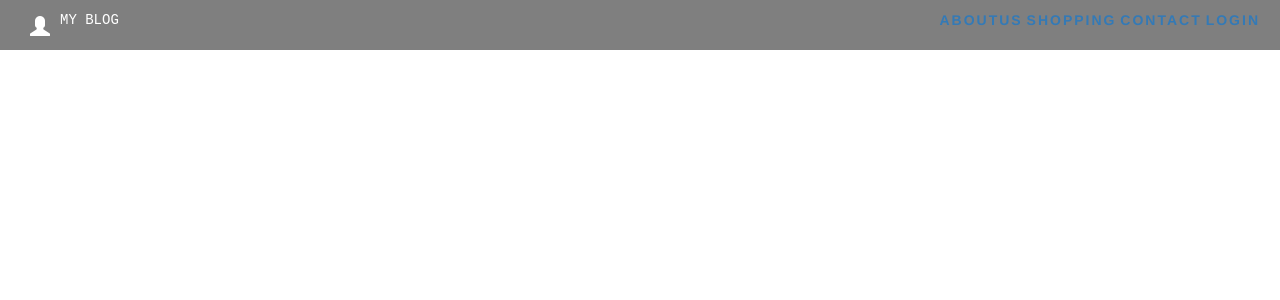
Repository: alikahwaji/HTML-CSS
Page: index.html
These files come from the project's save history. The page is drawn as it stood at one moment and after the next save; the edit follows.
The browser window is 1280 px wide. The pictures show the whole page.

Above is the page before, as saved 2019-10-07 13:46:04.

### index.html
<!DOCTYPE html>
  <head>
    <meta charset="utf-8">
    <meta http-equiv="X-UA-Compatible" content="IE=edge">
    <title></title>
    <meta name="description" content="">
    <meta name="viewport" content="width=device-width, initial-scale=1">
    <link rel="stylesheet" href="https://maxcdn.bootstrapcdn.com/bootstrap/3.3.7/css/bootstrap.min.css">
    <link rel="stylesheet" href="./style.css">
  </head>
  <body>
    <header>
      <div>
        <i class="glyphicon glyphicon-user"></i>
        <p>MY BLOG</p>
      </div>
      <nav>
        <ul>
          <li><a href="#">Aboutus</a></li>
          <li><a href="#">Shopping</a></li>
          <li><a href="#">Contact</a></li>
          <li><a href="#">Login</a></li>
        </ul>
      </nav>
    </header>
    <script src="" async defer></script>
  </body>
</html>

### style.css
header{
  display: flex;
  justify-content: space-between;
  color: white;
  background: rgba(0, 0, 0, 0.5)
}

header div {
  display: flex;
  justify-content: space-between;
  align-items: center;
  font-family: 'Courier New', Courier, monospace;
  margin: 0 2rem;
}

header div i {
  font-size: 2rem;
  margin: 1rem;
}

header nav {
  padding: 1rem 2rem;
}

nav ul li {
  list-style: none;
  display: inline;
  text-transform: uppercase;
  font-weight: bold;
  letter-spacing: 2px;
}

After the next save:
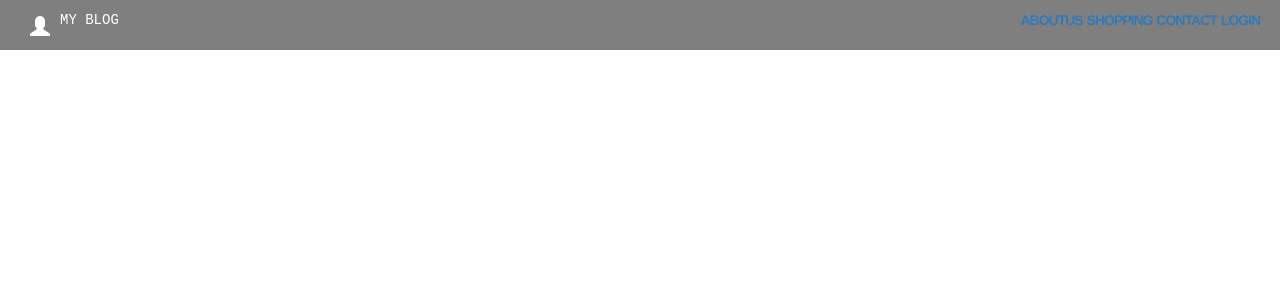
Saved 75 s later.
--- a/style.css
+++ b/style.css
@@ -27,5 +27,5 @@
   display: inline;
   text-transform: uppercase;
   font-weight: bold;
-  letter-spacing: 2px;
+  letter-spacing: -1px;
 }

After the save that followed:
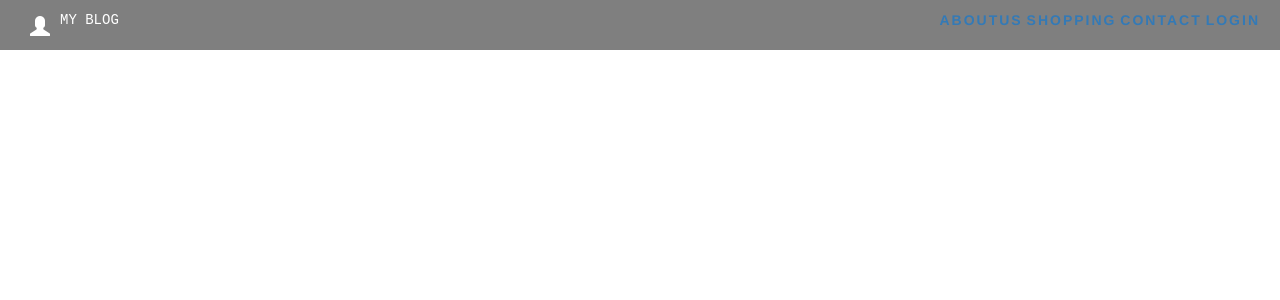
Saved 37 s later.
--- a/style.css
+++ b/style.css
@@ -27,5 +27,5 @@
   display: inline;
   text-transform: uppercase;
   font-weight: bold;
-  letter-spacing: -1px;
+  letter-spacing: 2px;
 }
